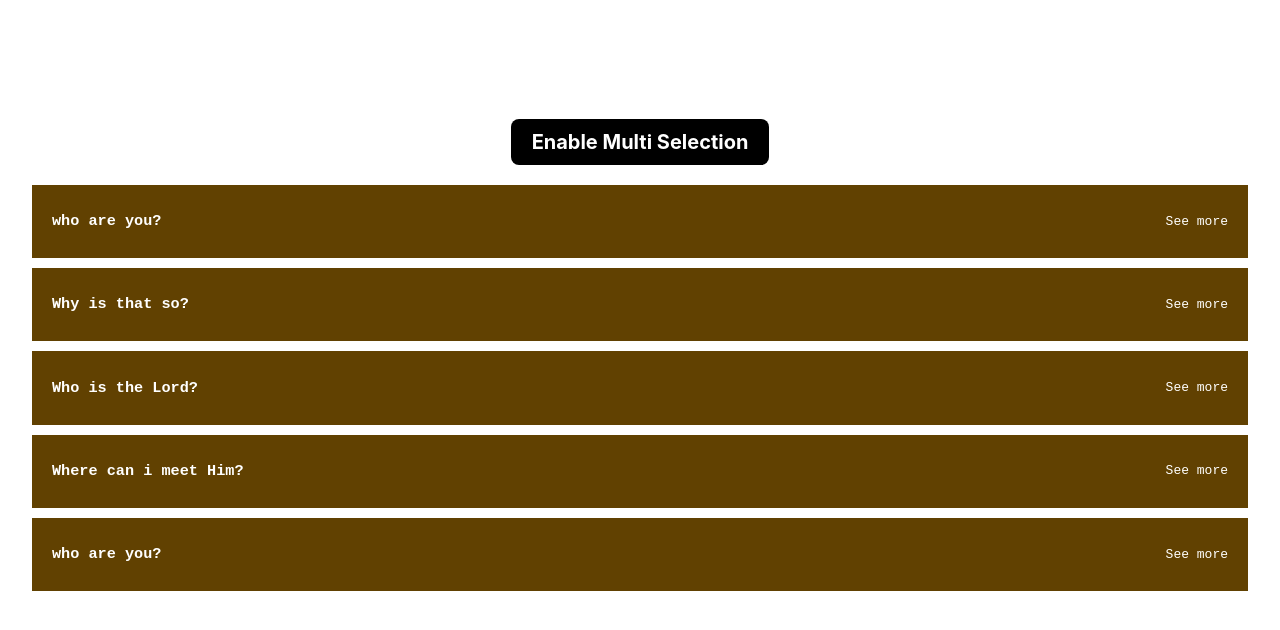
Repository: profbkmurage/reactprojectsBK
Page: /
The author's editor kept a copy of each file at every save. The page is drawn from the files as they stood at one save, then again after a run of saves.
The browser window is 1280 px wide. The pictures show the whole page.
The project was rebuilt for these pictures with package versions that can differ from the ones it lists, and the page was loaded fresh each time. Also part of the build but not shown: vite.config.js.

Above is the page before, as saved 2025-02-23 09:56:37.

### src/App.jsx
import Accordian from './components/accordian'

function App () {
  return <Accordian />
}
export default App

### src/components/accordian/index.jsx
import { useState } from 'react'
import data from './data.js'
import './style.css'

export default function Accordian () {
    const [selected, setSelected] = useState(null) //keeps track of a sigle selected item
     const [enableMultipleSelection, setEnableMultipleSelection] = useState(false)
    const [multipleSelection, setMultipleSelection] = useState([])//keeps track of multiple selected item.

  function handleSigleSelection (getCurrentId) {
    setSelected(getCurrentId === selected ? null : getCurrentId) //if the current id is already selected, it will not display it twice otherwise it will display it
  }

  function handleMultiSelection (getCurrentId) {
    let copyMultiple = [...multipleSelection]
    const findIndexOfCurrentId = copyMultiple.indexOf(getCurrentId)
    if (findIndexOfCurrentId === -1) copyMultiple.push(getCurrentId)
    else copyMultiple.splice(findIndexOfCurrentId, 1)

    setMultipleSelection(copyMultiple)
  }
//   console.log(selected, multipleSelection)
  return (
    <div className='wrapper'>
      <button
        onClick={() => setEnableMultipleSelection(!enableMultipleSelection)}
      >
        Enable Multi Selection
      </button>
      <div className='accordian'>
        {data && data.length > 0 ? (
          data.map(dataItem => (
            <div key={dataItem.id} className='item'>
              <div
                onClick={
                  enableMultipleSelection
                    ? () => handleMultiSelection(dataItem.id)
                    : () => handleSigleSelection(dataItem.id)
                } //we check to see if the multiselction mode is enabled and use its funtion otherwise we use the single selection mode
                className='title'
              >
                <h3>{dataItem.question}</h3>
                <span>See more</span>
              </div>
              {selected === dataItem.id ||
              multipleSelection.indexOf(dataItem.id) !== -1 ? (
                <div className='content'>{dataItem.answer}</div>
              ) : null}
            </div>
          ))
        ) : (
          <div>No data found</div>
        )}
      </div>
    </div>
  )
}

### src/components/accordian/data.js
const data = [
    {
        id: '1',
        question: 'who are you?',
        answer: 'i am whom the Lord says i am'
    },
    {
        id: '2',
        question: 'Why is that so?',
        answer: 'i am whom the Lord says i am'
    },
    {
        id: '3',
        question: 'Who is the Lord?',
        answer: 'i am whom the Lord says i am'
    },
    {
        id: '4',
        question: 'Where can i meet Him?',
        answer: 'i am whom the Lord says i am'
    },
    {
        id: '5',
        question: 'who are you?',
        answer: 'i am whom the Lord says i am'
    }
];

export default data;

### src/components/accordian/style.css
.wrapper {
    display: flex;
    height: 100vh;
    width: 100vw;
    justify-content: center;
    align-items: center;
    flex-direction: column;
    gap: 20px;
    overflow: hidden;
}

.wrapper button {
    cursor: pointer;
    font-weight: bold;
    font-size: 20px;
    color: white;
    background-color: black;
    padding: 10px 20px;
}

.accordian {
    width: 95vw;
}

.item {
    background: #614101;
    margin-bottom: 10px;
    padding: 10px 20px;
    font-family: monospace;
}

.title {
    color: #fff;
    display: flex;
    justify-content: space-between;
    align-items: center;
    cursor: pointer;
}

.content {
    color: white;
    height: auto;
}

Loaded but not shown: index.html (common file); src/main.jsx (common file); src/index.css (common file)

After the next 2 saves:
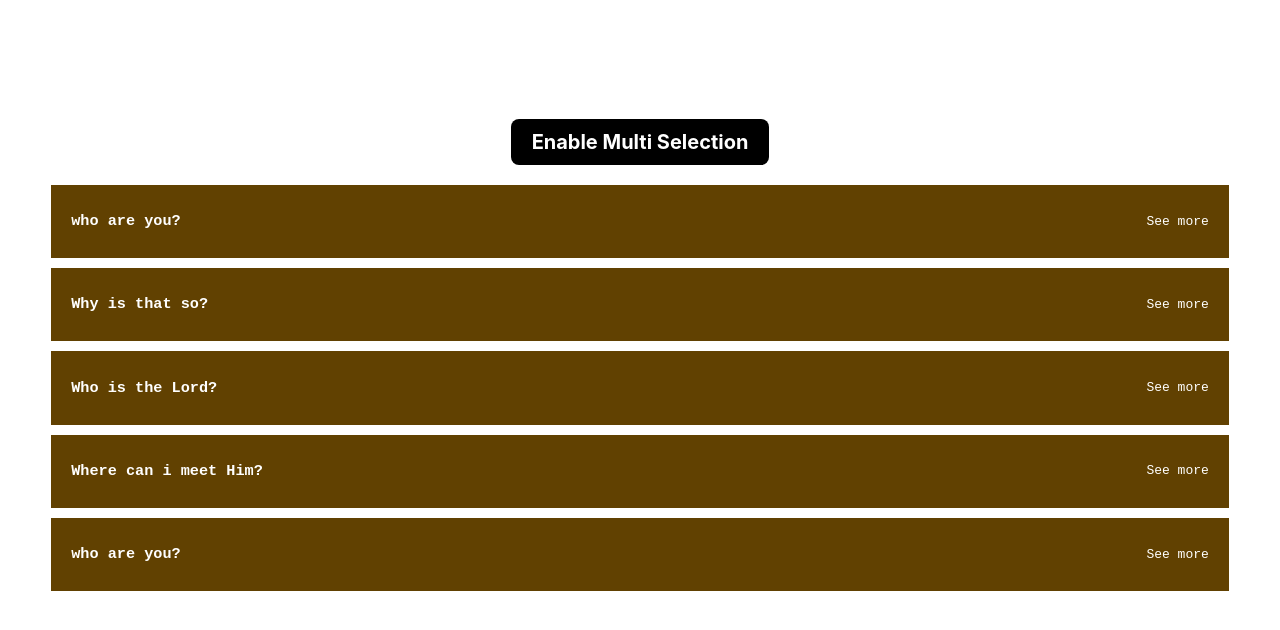
The 2 saves are shown as one change because they came seconds apart.
The last was saved 6 s later.
--- a/src/components/accordian/style.css
+++ b/src/components/accordian/style.css
@@ -19,7 +19,7 @@
 }
 
 .accordian {
-    width: 95vw;
+    width: 92vw;
 }
 
 .item {
